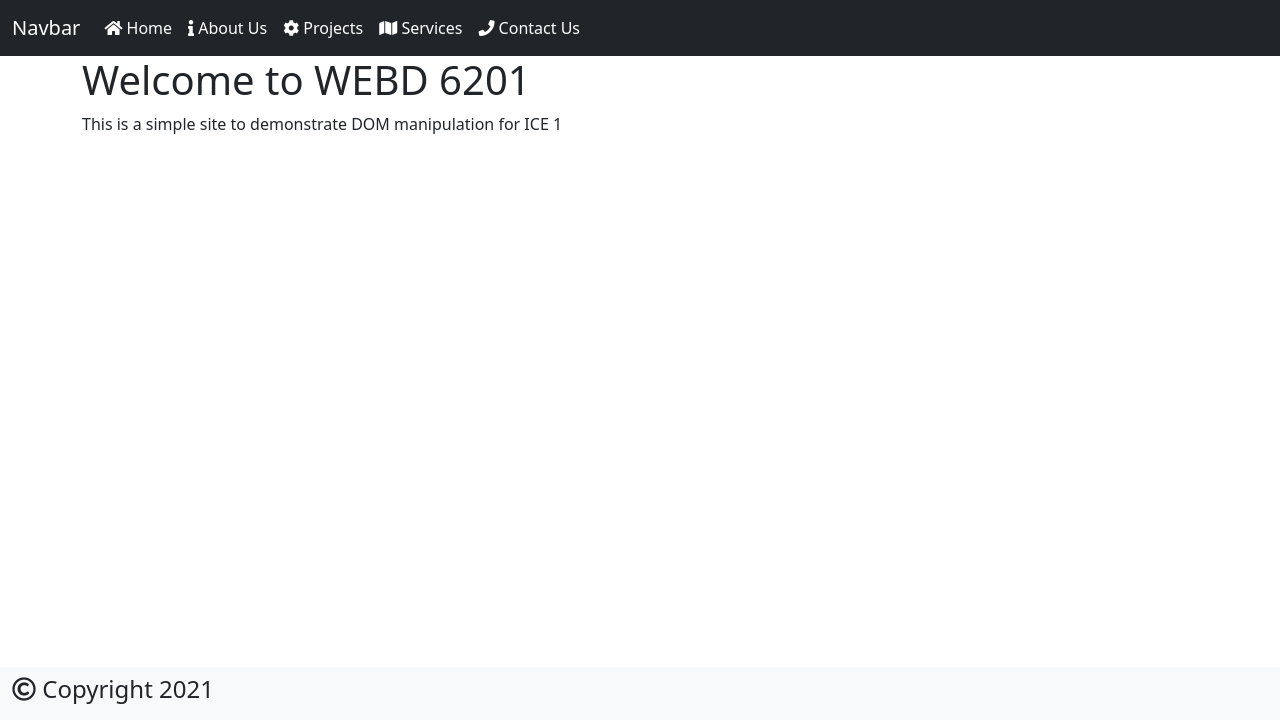
Repository: spencernewellevans/WEBD6201-ICE01
Page: index.html
These files come from the project's save history. The page is drawn as it stood at one moment and after the next save; the edit follows.
The browser window is 1280 px wide. The pictures show the whole page.

Above is the page before, as saved 2021-01-22 15:34:09.

### index.html
<!DOCTYPE html>
<html lang="en">
<head>
    <meta charset="UTF-8">
    <meta name="viewport" content="width=device-width, initial-scale=1.0">
    <title>WEBD6201 - ICE01</title>
    <!-- CSS Section-->
    <link rel="stylesheet" href="./node_modules/bootstrap/dist/css/bootstrap.min.css">
    <link rel="stylesheet" href="./node_modules/@fortawesome/fontawesome-free/css/all.min.css">
    <link rel="stylesheet" href="./Content/app.css">
</head>
<body>
    <header>
        <nav class="navbar navbar-expand-lg navbar-dark bg-dark">
            <div class="container-fluid">
              <a class="navbar-brand" href="#">Navbar</a>
              <button class="navbar-toggler" type="button" data-bs-toggle="collapse" data-bs-target="#navbarSupportedContent" aria-controls="navbarSupportedContent" aria-expanded="false" aria-label="Toggle navigation">
                <span class="navbar-toggler-icon"></span>
              </button>
              <div class="collapse navbar-collapse" id="navbarSupportedContent">
                <ul class="navbar-nav me-auto mb-2 mb-lg-0">
                  <li class="nav-item">
                    <a class="nav-link active" aria-current="page" href="#"><i class="fas fa-home fa-large"></i> Home</a>
                  </li>

                  <li class="nav-item">
                    <a class="nav-link active" aria-current="page" href="#"><i class="fas fa-info fa-large"></i> About Us</a>
                  </li>

                  <li class="nav-item">
                    <a class="nav-link active" aria-current="page" href="#"><i class="fas fa-cog fa-large"></i> Projects</a>
                  </li>

                  <li class="nav-item">
                    <a class="nav-link active" aria-current="page" href="#"><i class="fas fa-map fa-large"></i> Services</a>
                  </li>

                  <li class="nav-item">
                    <a class="nav-link active" aria-current="page" href="#"><i class="fas fa-phone fa-large"></i> Contact Us</a>
                  </li>
                </ul>
              </div>
            </div>
          </nav>
    </header>

    <main class="container">
        <h1>Welcome to WEBD 6201</h1>
        <p id="paragraphOne"></p>
    </main>

    <footer>
        <nav class="navbar fixed-bottom navbar-light bg-light">
            <div class="container-fluid">
              <h4><i class="far fa-copyright fa-large"></i> Copyright 2021</h4>
            </div>
          </nav>
    </footer>

    <!-- Script Section -->
    <script src="./node_modules/jquery/dist/jquery.min.js"></script>
    <script src="./node_modules/bootstrap/dist/js/bootstrap.bundle.min.js"></script>
    <script src="./Scripts/app.js"></script>
</body>
</html>

### content/app.css
/* Custom CSS goes here */

### scripts/app.js
/* Custom JavaScript goes here */

// IIFE - Immediately Invoked Function Expression
// Anonymous self-executing expression
// limits scope leak

"use strict";

(function()
{

    function Start()
    {
        console.log("App Started...");

        let paragraphOneText = "This is a simple site to demonstrate DOM manipulation for ICE 1";

        let paragraphOneElement = document.getElementById("paragraphOne");

        paragraphOneElement.textContent = paragraphOneText;
    }

    window.addEventListener("load", Start);

})();

Loaded but not shown: node_modules/bootstrap/dist/css/bootstrap.min.css (library); node_modules/@fortawesome/fontawesome-free/css/all.min.css (library); node_modules/jquery/dist/jquery.min.js (library); node_modules/bootstrap/dist/js/bootstrap.bundle.min.js (library)

After the next save:
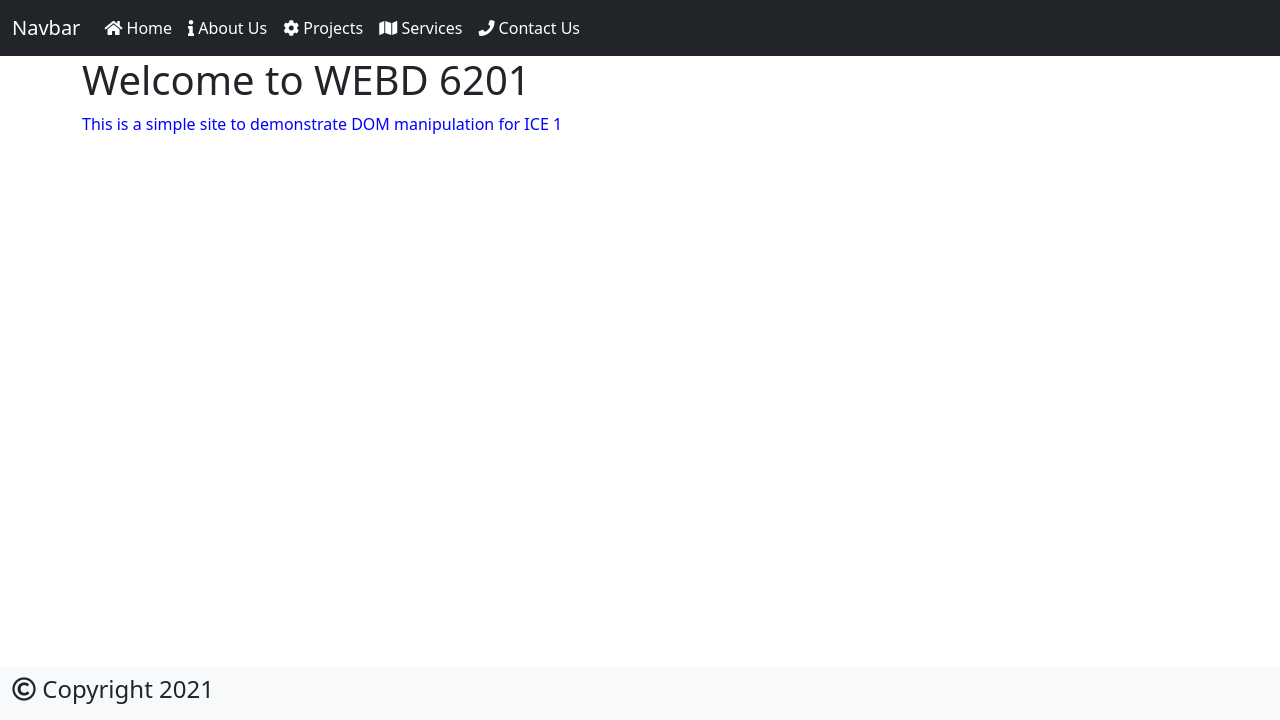
Saved 105 s later.
--- a/scripts/app.js
+++ b/scripts/app.js
@@ -18,6 +18,7 @@
         let paragraphOneElement = document.getElementById("paragraphOne");
 
         paragraphOneElement.textContent = paragraphOneText;
+        paragraphOneElement.style = "color: blue"
     }
 
     window.addEventListener("load", Start);
